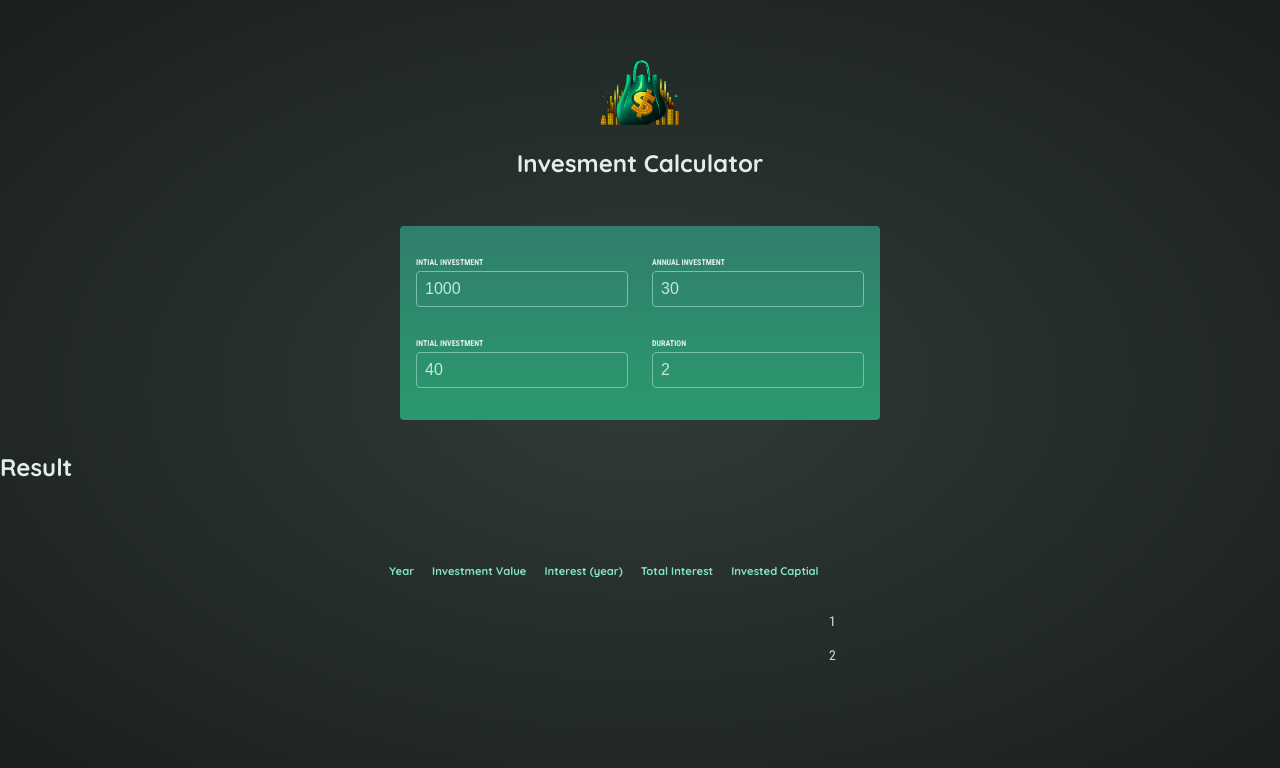
Repository: sibi24sibi/investment-calculator
Page: /
The author's editor kept a copy of each file at every save. The page is drawn from the files as they stood at one save, then again after the next save.
The browser window is 1280 px wide. The pictures show the whole page.
The project was rebuilt for these pictures with package versions that can differ from the ones it lists, and the page was loaded fresh each time. Also part of the build but not shown: vite.config.js.

Above is the page before, as saved 2024-05-26 13:21:38.

After the next save:
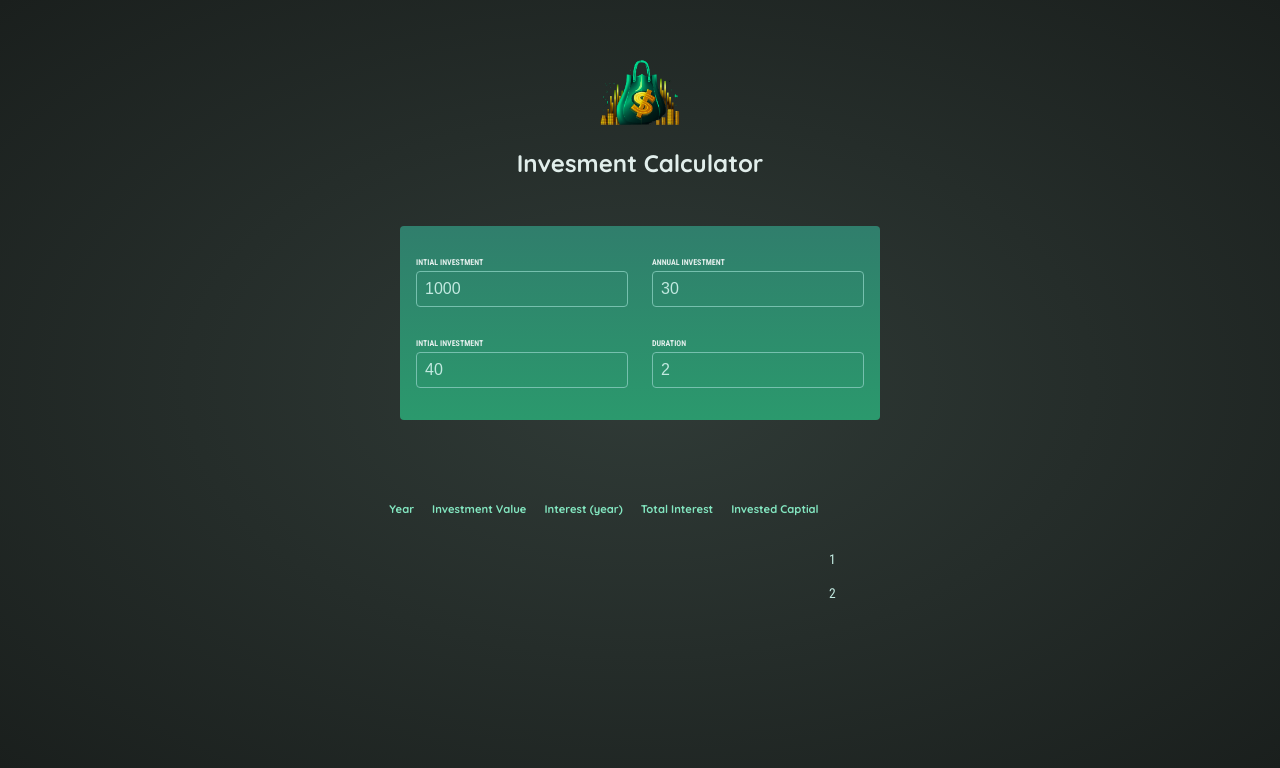
Saved 105 s later.
--- a/src/components/Result.jsx
+++ b/src/components/Result.jsx
@@ -2,11 +2,10 @@ import { calculateInvestmentResults } from "../util/investment.js";
 
 export default function Result({ userInput }) {
   const investmentResults = calculateInvestmentResults(userInput);
-  console.log(investmentResults);
+
 
   return (
     <section>
-      <h1>Result</h1>
       <table id="result">
         <thead>
           <td>
